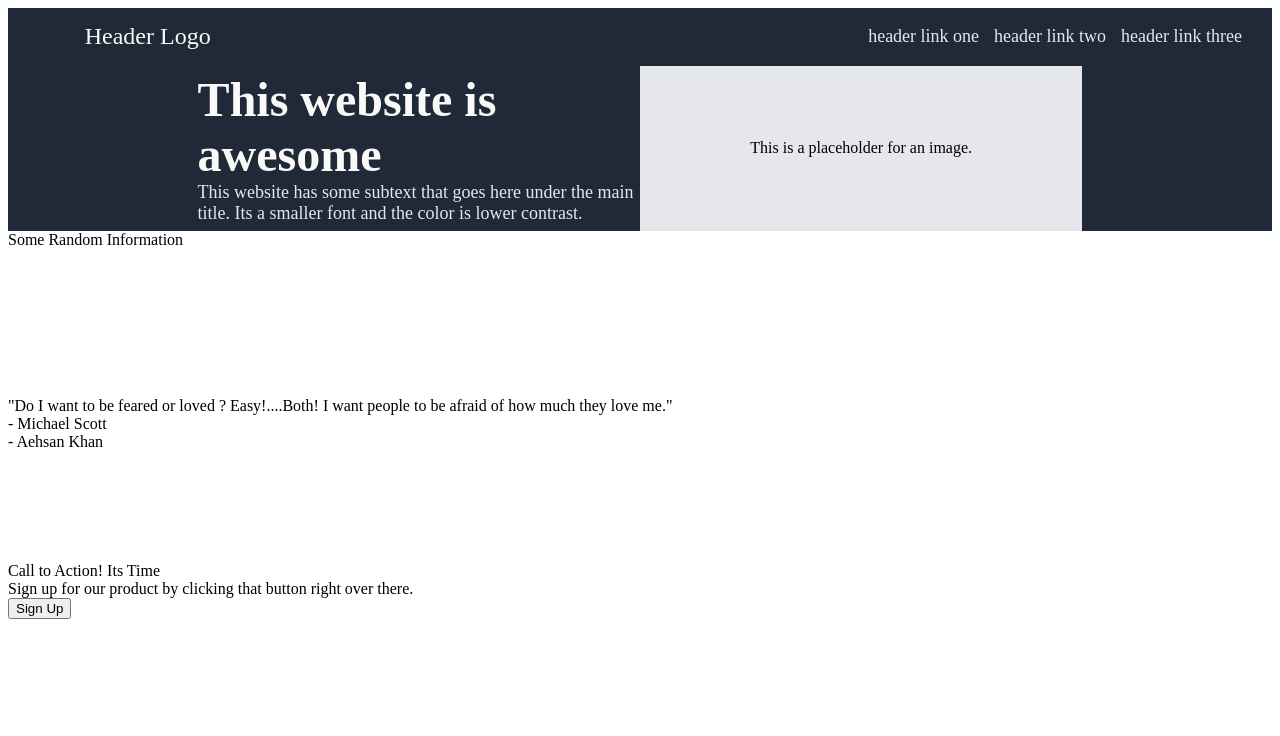
Repository: Aehsan4004/odinlandpage
Page: index.html
These files come from the project's save history. The page is drawn as it stood at one moment and after the next save; the edit follows.
The browser window is 1280 px wide. The pictures show the whole page.

Above is the page before, as saved 2025-02-10 17:30:33.

### index.html
<!DOCTYPE html>
<html lang="en">
<head>
    <meta charset="UTF-8">
    <meta name="viewport" content="width=device-width, initial-scale=1.0">
    <title>Odin Project Landing Page</title>
    <link rel="stylesheet" href="styles.css">
</head>
<body>
    <div class="one">
        <div class="logo">
            Header Logo
        </div>
        <div class="head-links">
            <ul>
                <li>header link one</li>
                <li>header link two</li>
                <li>header link three</li>
            </ul>
        </div>
    </div>

    <div class="two">
        <div class="left-box">
            <div class="title">
                This website is awesome
            </div>

            <div class="content">
                This website has some subtext that goes here under the main title. Its a smaller font and the color is lower contrast.
            </div>

        </div>
        <div class="right-box">
            This is a placeholder for an image.
        </div>

    </div>

    <div class="three">
        <div class="opt-head">
            Some Random Information
        </div>
        <div class="menu-box">
            <div class="box" id="1"></div>
            <div class="box" id="2"></div>
            <div class="box" id="3"></div>
            <div class="box" id="4"></div>
        </div>

    </div>

    <div class="four">
        <div class="quote">
            "Do I want to be feared or loved ?
             Easy!....Both!
             I want people to be afraid of how much they love me."
        </div>
        <div class="quoter"> - Michael Scott</div>
        <div class="requoter"> - Aehsan Khan</div>
    </div>

    <div class="five">
        <div class="foot-box">
            <div class="call2act">
                <div class="main"> Call to Action! Its Time</div>
                <div class="supp">Sign up for our product by clicking that button right over there.</div>
            </div>
            <button class="signup-btn">Sign Up</button>
        </div>
    </div>
</body>
</html>

### styles.css
body {
    display: flex;
    flex-direction: column;
    /* flex: 1 1 100%; */
    /* min-height: 100%; */
    /* align-items: center; */
    justify-content: center;
    height: 100vh;
}

.one {
    display: flex;
    justify-content: space-between;
    align-items: center;
    background-color: #1f2937;
    padding: 15px;
    height: 4vh;
}

.logo {
    font-size: 24px;
    color: #f9faf8;
    margin-left: 5%;
}

.head-links {
    color: #e5e7eb;
    font-size: 18px;
    /* margin: 15px; */
    margin-right: 15px;
}

ul {
    list-style: none;  /* Removes bullet points */
    padding: 0;
    margin: 0;
    display: flex;  /* Makes list items appear in a row */
    gap: 15px;  /* Adds spacing between items */
}

.two {
    display: flex;
    background-color: #1f2937;
    justify-content: center;
    /* margin-top: 20px; */
    height: 24vh;
}
.left-box {
    display: flex;
    flex-direction: column;
    justify-content: center;
    align-items: flex-start;
    /* flex: 1 1 40%; */
    width: 35%;
    flex-wrap: wrap;
}

.title {
    font-weight: 900;
    color: #f9faf8;
    font-size: 48px;
    width: 80%;
}

.content {
    font-size: 18px;
    color: #e5e7eb;
    /* width: 80%; */
}

.right-box {
    display: flex;
    /* flex: 1 1 40%; */
    width: 35%;
    background-color: #e5e7eb;
    flex-wrap: wrap;
    justify-content: center;
    align-items: center;
}

.three {
    height: 24vh;
}

.four {
    height: 24vh;
}

.five {
    height: 24vh;
}

After the next save:
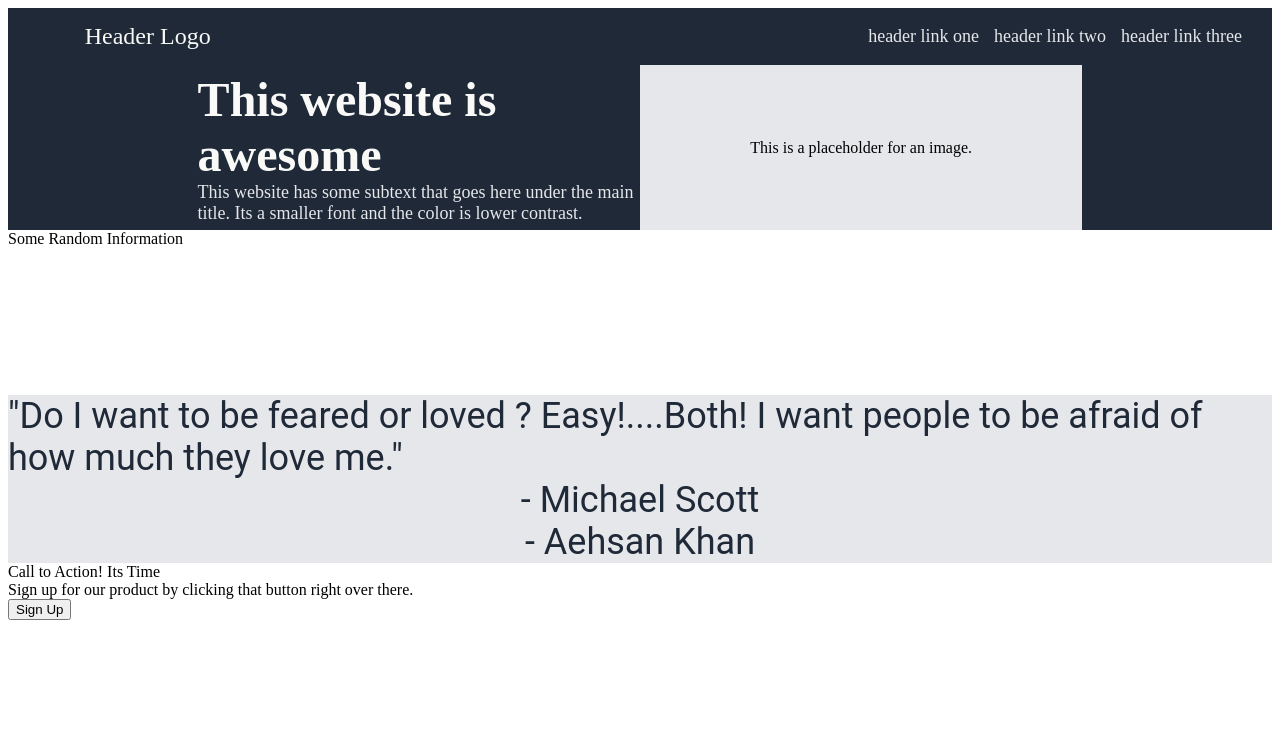
Saved 10 min 18 s later.
--- a/styles.css
+++ b/styles.css
@@ -84,6 +84,14 @@
 
 .four {
     height: 24vh;
+    display: flex;
+    flex-direction: column;
+    align-items: center;
+    background-color: #e5e7eb;
+    color: #1f2937;
+    font-size: 36px;
+    font-family: 'roboto', sans-serif;
+    font-style: 'light-italic';
 }
 
 .five {
